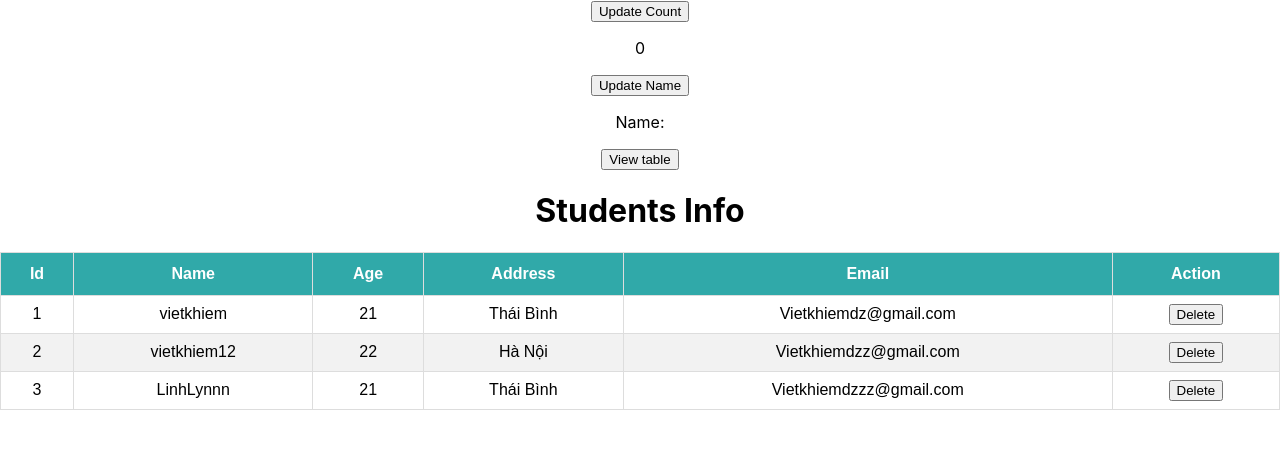
Repository: vietkhiem/TypeScript
Page: /
The author's editor kept a copy of each file at every save. The page is drawn from the files as they stood at one save, then again after the next save.
The browser window is 1280 px wide. The pictures show the whole page.
The project was rebuilt for these pictures with package versions that can differ from the ones it lists, and the page was loaded fresh each time.

Above is the page before, as saved 2022-03-18 17:20:48.

After the next save:
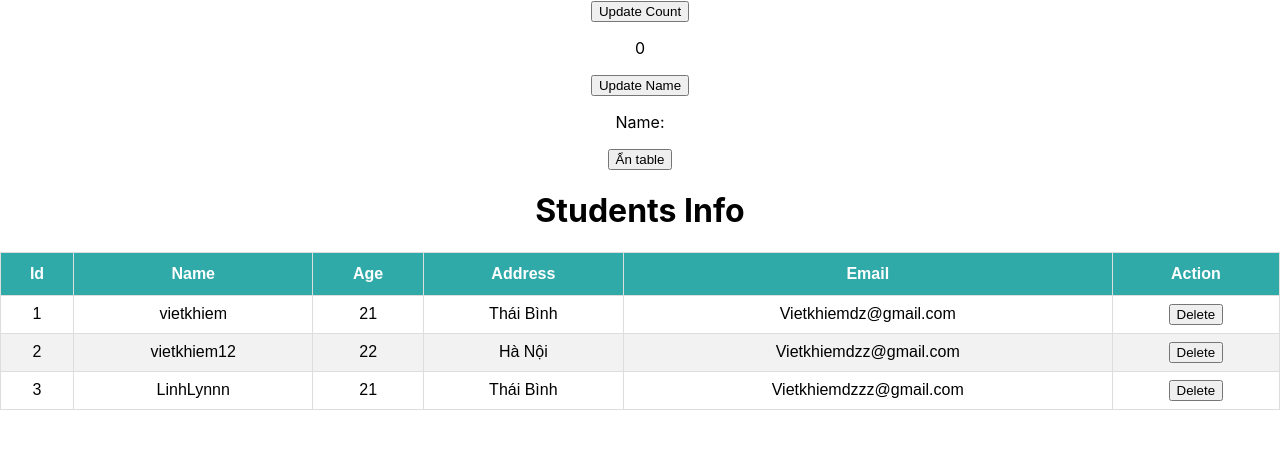
Saved 2 min 0 s later.
--- a/src/App.tsx
+++ b/src/App.tsx
@@ -38,7 +38,8 @@ function App() {
         <p>{count}</p>
       <button onClick={() => setName('viet khiem')}>Update Name</button>
         <p>Name: {name}</p>
-        <button onClick={() => setShowTable(!isShowTable)}>View table</button>
+        <button onClick={() => setShowTable(!isShowTable)}>
+        {isShowTable === true ? 'Ẩn' : 'Hiện'}  table</button>
       {/* thêm view login vào trong App.tsx */}
         <Login />
         {/* thêm components table vào app */}
